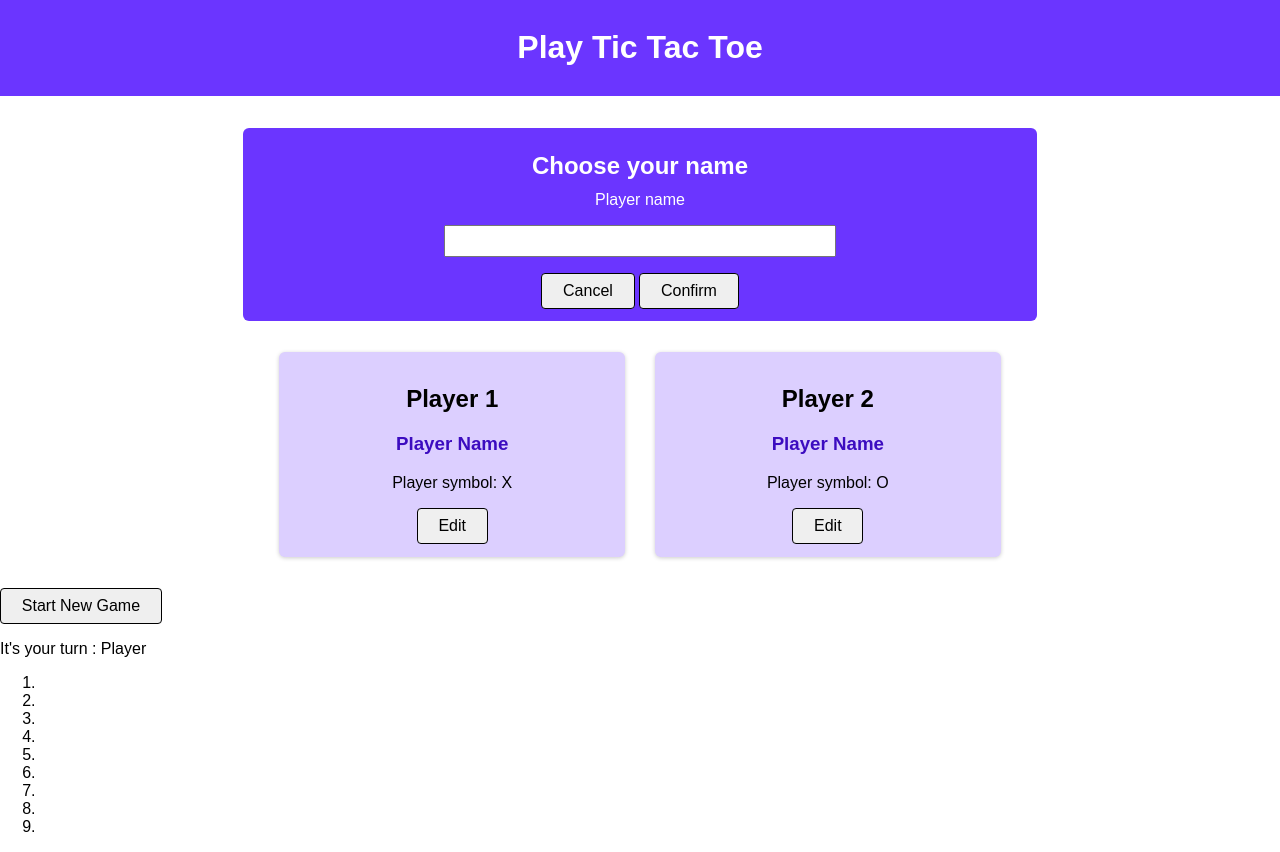
Repository: Harjot00/Wevdev
Page: Tic tac toe/index.html
An editor plug-in stored every save of this project. The page is shown before and after the next save, followed by the edit.
The browser window is 1280 px wide. The pictures show the whole page.
Some web fonts or font styles are not loaded; a fallback is used.

Above is the page before, as saved 2022-05-21 00:39:15.

### Tic tac toe/index.html
<!DOCTYPE html>
<html lang="en">
<head>
    <meta charset="UTF-8">
    <meta http-equiv="X-UA-Compatible" content="IE=edge">
    <meta name="viewport" content="width=device-width, initial-scale=1.0">
    <link rel="stylesheet" href="styles.css">
    <link href="https://fonts.googleapis.com/css2?family=Roboto:wght@100&family=Send+Flowers&display=swap" rel="stylesheet">
    <title>Tic Tac Toe</title>

</head>
<body>
    <header>
        <h1>Play Tic Tac Toe</h1>

    </header>
    <main>
        <aside>
            <h2>Choose your name</h2>
            <form >
                <div>
                    <label for = "playername">Player name</label>
                    <input type="text" name="username" id="username"/>

                </div>
                <div >
                    <button class="btn-class" type="button"> Cancel</button>
                    <button class="btn-class" type="submit">Confirm</button>
                </div>
            </form>
        </aside>
        <div id="gamestyle">
            <ol>
                <li>
                    <h2>Player 1</h2>
                    <h3>Player Name</h3>
                    <p>Player symbol: X</p>
                    <button class="btn-class">Edit</button>
                </li>
                <li>
                    <h2>Player 2</h2>
                    <h3>Player Name</h3>
                    <p>Player symbol: O</p>
                    <button class="btn-class">Edit</button>
                </li>
            </ol>
            <button class="btn-class">Start New Game</button>
        </div>
         <section id="active-game">
             <p>It's your turn : Player</p>
             <ol>
                 <li></li>
                 <li></li>
                 <li></li>
                 <li></li>
                 <li></li>
                 <li></li>
                 <li></li>
                 <li></li>
                 <li></li>
             </ol>
         </section>
    </main>

</body>
</html>

### Tic tac toe/styles.css
@import url('https://fonts.googleapis.com/css2?family=Roboto:wght@100&family=Send+Flowers&display=swap');
body{
    font-family: 'Montserrat', sans-serif;
    margin: 0;
    padding: 0;
}
header{
    background-color: #6b35ff;
    margin:0 0 2rem 0;
    padding: 0.5rem 0;
    color:white;
    text-align: center;
}
aside {
    text-align: center;
    margin:1rem auto;
    width:60vw;
    color:white;
    padding:0.8rem;
    background-color:#6b35ff;
    overflow: wrapped;
    border-radius: 6px;
}
aside h2{
    margin:0.7rem 0;
}
aside input {
    display:block;
    margin:1rem auto;
    height:1.6rem;
    width:50%;
}
.btn-class{
    padding:0.5rem 1.3rem;
    font-size:1rem;
    border:1px solid black;
    border-radius: 4px;
}

#btn-div button:hover{
    background-color: #895eff;
    color:white;
    border-color: #441daf;
    cursor: pointer;
}
#gamestyle ol{
    display:flex;
    list-style: none;
    padding:0px;
    justify-content: center;
}
#gamestyle li{
    padding:0.8rem;
    margin: 15px;
    width:25%;
    background-color: #dccfff;
    text-align:center;
    border-radius: 6px;
    box-shadow: rgba(0, 0, 0, 0.2) 0px 1px 4px;

}
#gamestyle li h3{
    color:#3c0cc0;
}

After the next save:
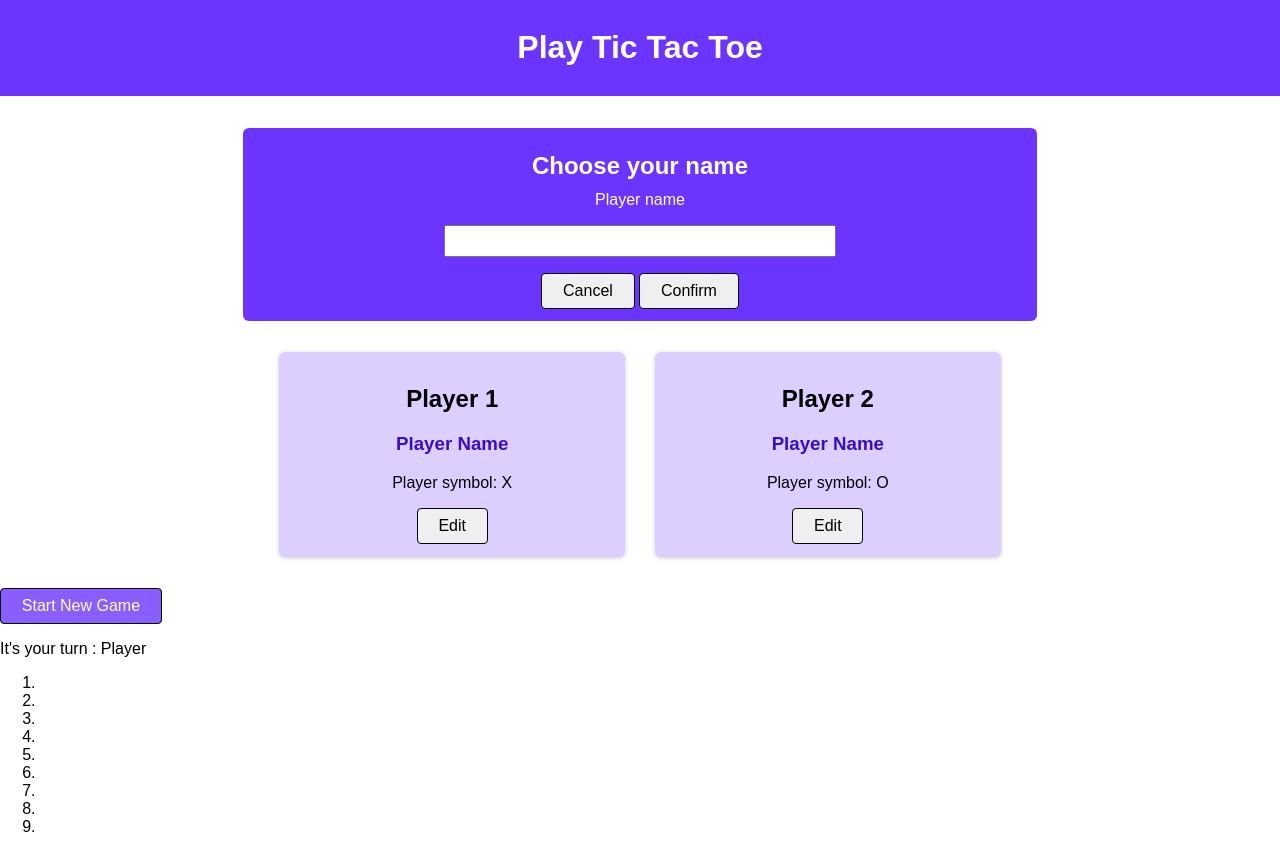
Saved 83 s later.
--- a/Tic tac toe/index.html
+++ b/Tic tac toe/index.html
@@ -44,7 +44,7 @@
                     <button class="btn-class">Edit</button>
                 </li>
             </ol>
-            <button class="btn-class">Start New Game</button>
+            <button class="btn-class" style="background-color:#895eff; color:white;">Start New Game</button>
         </div>
          <section id="active-game">
              <p>It's your turn : Player</p>
